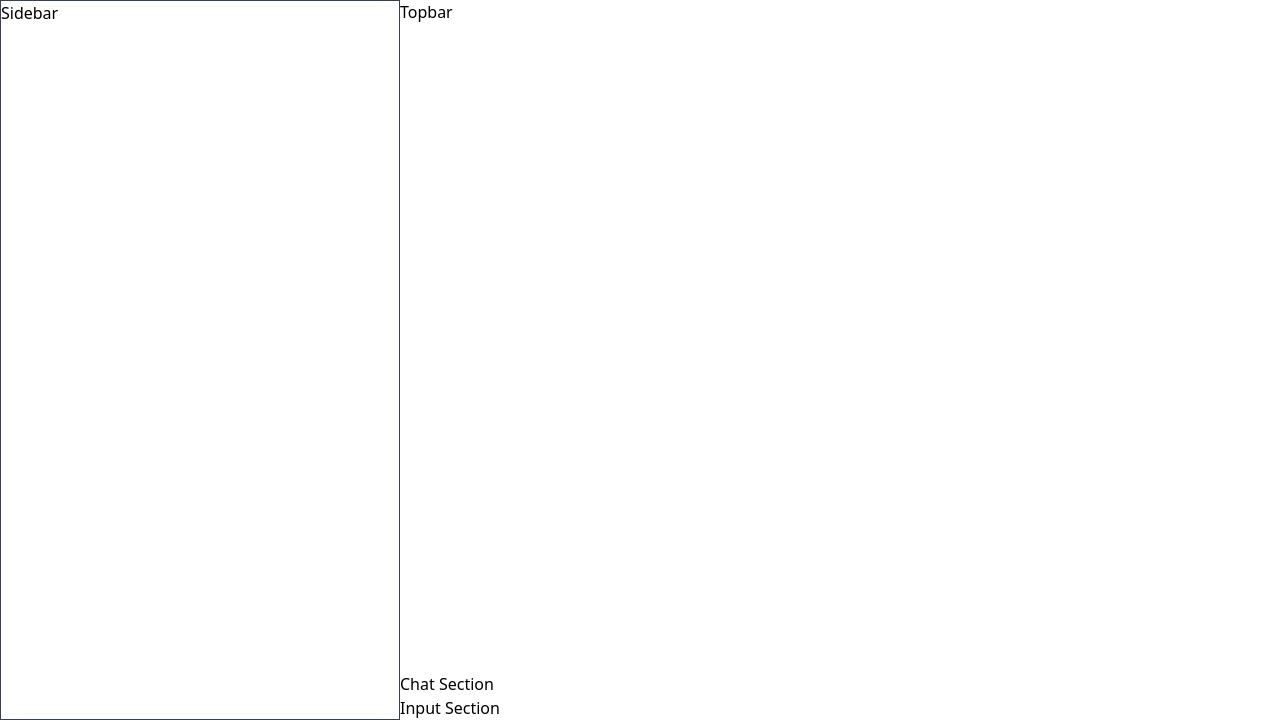
Repository: Qu4ntumGuy/telegram-clone
Page: /
The author's editor kept a copy of each file at every save. The page is drawn from the files as they stood at one save, then again after the next save.
The browser window is 1280 px wide. The pictures show the whole page.
The project was rebuilt for these pictures with package versions that can differ from the ones it lists, and the page was loaded fresh each time. Also part of the build but not shown: src/Utils/ContextProvider.js.

Above is the page before, as saved 2024-07-15 10:55:51.

### src/App.js
import { Routes, BowserRouter, Route } from "react-router-dom";
import Sidebar from "./Components/Sidebar";
import Home from "./Pages/Home/Home";

function App() {
  return (
    <div className="flex max-w-[105rem] mx-auto">
      <Sidebar />
      <Home />
    </div>
  );
}

export default App;

### src/Components/Sidebar.js
import React from "react";
import { useComponentContext } from "../Utils/ContextProvider";

function Sidebar() {
  const context = useComponentContext();
  return (
    <div className="min-w-[25rem] border border-gray-700 h-screen">Sidebar</div>
  );
}

export default Sidebar;

### src/Pages/Home/Home.js
import React from "react";

function Home() {
  return (
    <div className="flex flex-col justify-center">
      <div className="top-0 mb-auto">Topbar</div>
      <div>Chat Section</div>
      <div className="">Input Section</div>
    </div>
  );
}

export default Home;

Loaded but not shown: public/index.html (common file); src/index.js (common file); src/index.css (common file); src/reportWebVitals.js (common file); tailwind.config.js (common file)

After the next save:
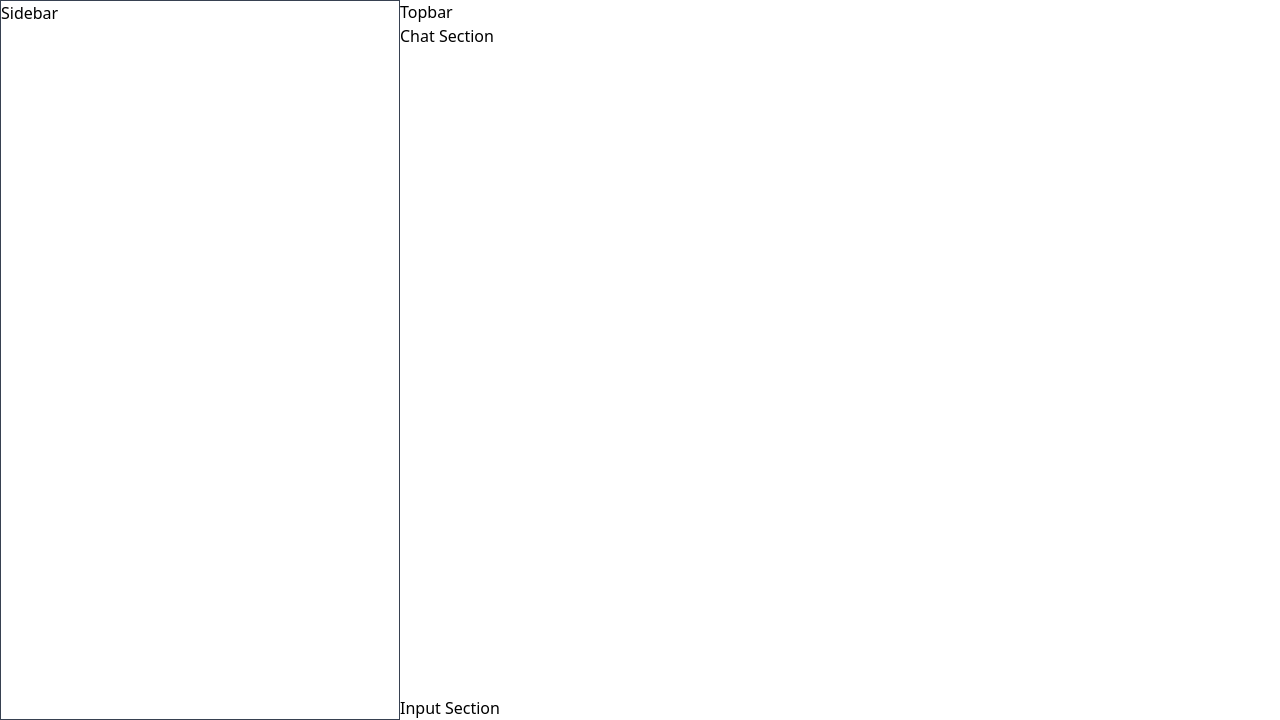
Saved 18 s later.
--- a/src/Pages/Home/Home.js
+++ b/src/Pages/Home/Home.js
@@ -4,7 +4,7 @@ function Home() {
   return (
     <div className="flex flex-col justify-center">
       <div className="top-0 mb-auto">Topbar</div>
-      <div>Chat Section</div>
+      <div className="h-full">Chat Section</div>
       <div className="">Input Section</div>
     </div>
   );
